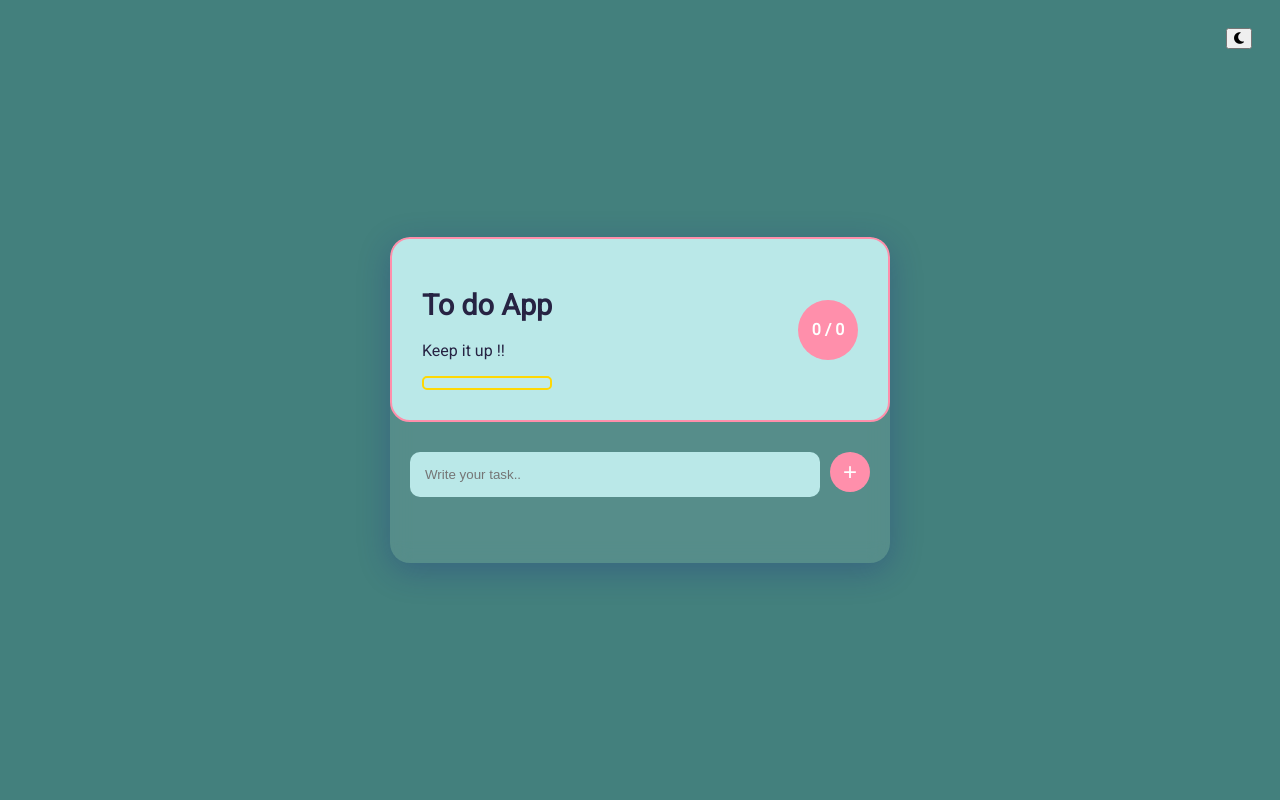
Repository: MounikaSahasra/Productivity-tracker
Page: index.html
These files come from the project's save history. The page is drawn as it stood at one moment and after a run of saves; the edit follows.
The browser window is 1280 px wide. The pictures show the whole page.

Above is the page before, as saved 2025-06-30 18:27:06.

After the next 3 saves:
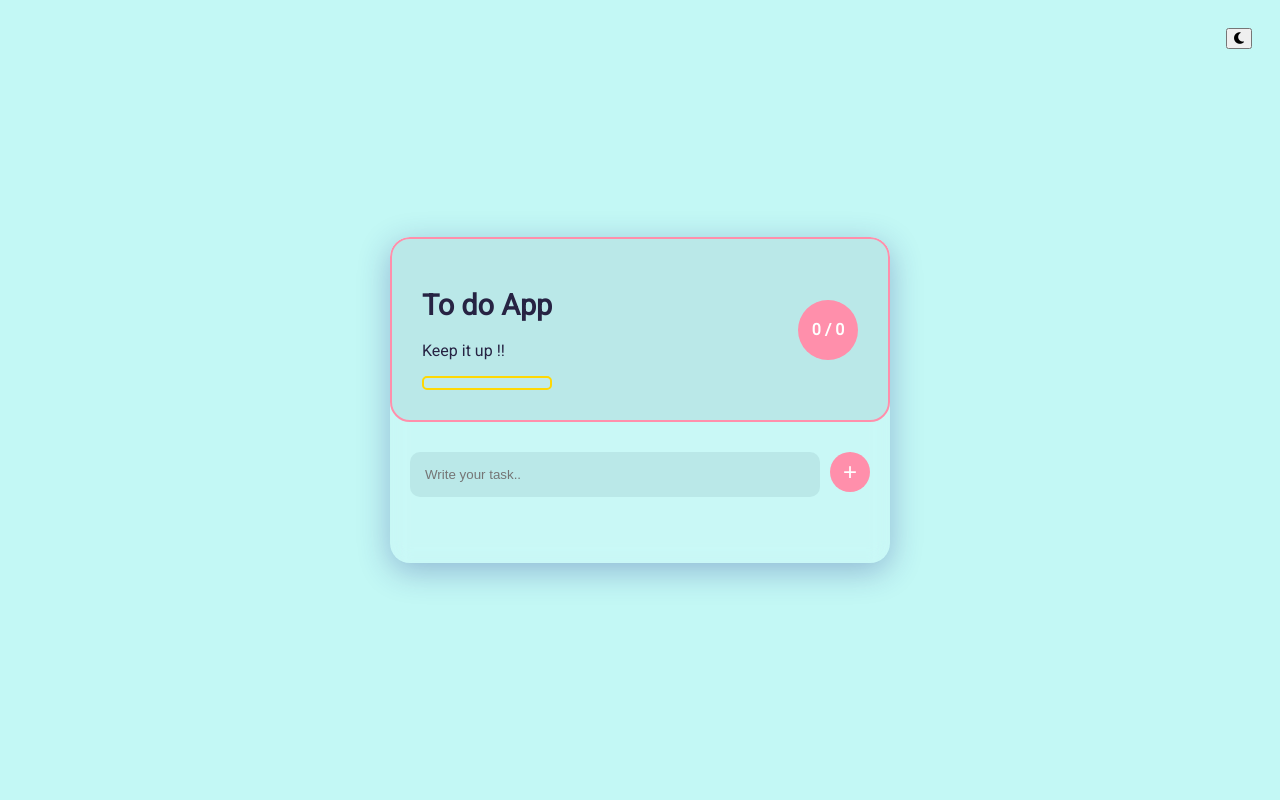
The 3 saves are shown as one change because they came seconds apart.
The last was saved 10 s later.
--- a/style.css
+++ b/style.css
@@ -1,5 +1,5 @@
 :root {
-  --background: #43807d;
+  --background: #c3f8f5;
   --secondarybackground: #bae8e8;
   --text: #272343;
   --accent: #ffd803;
